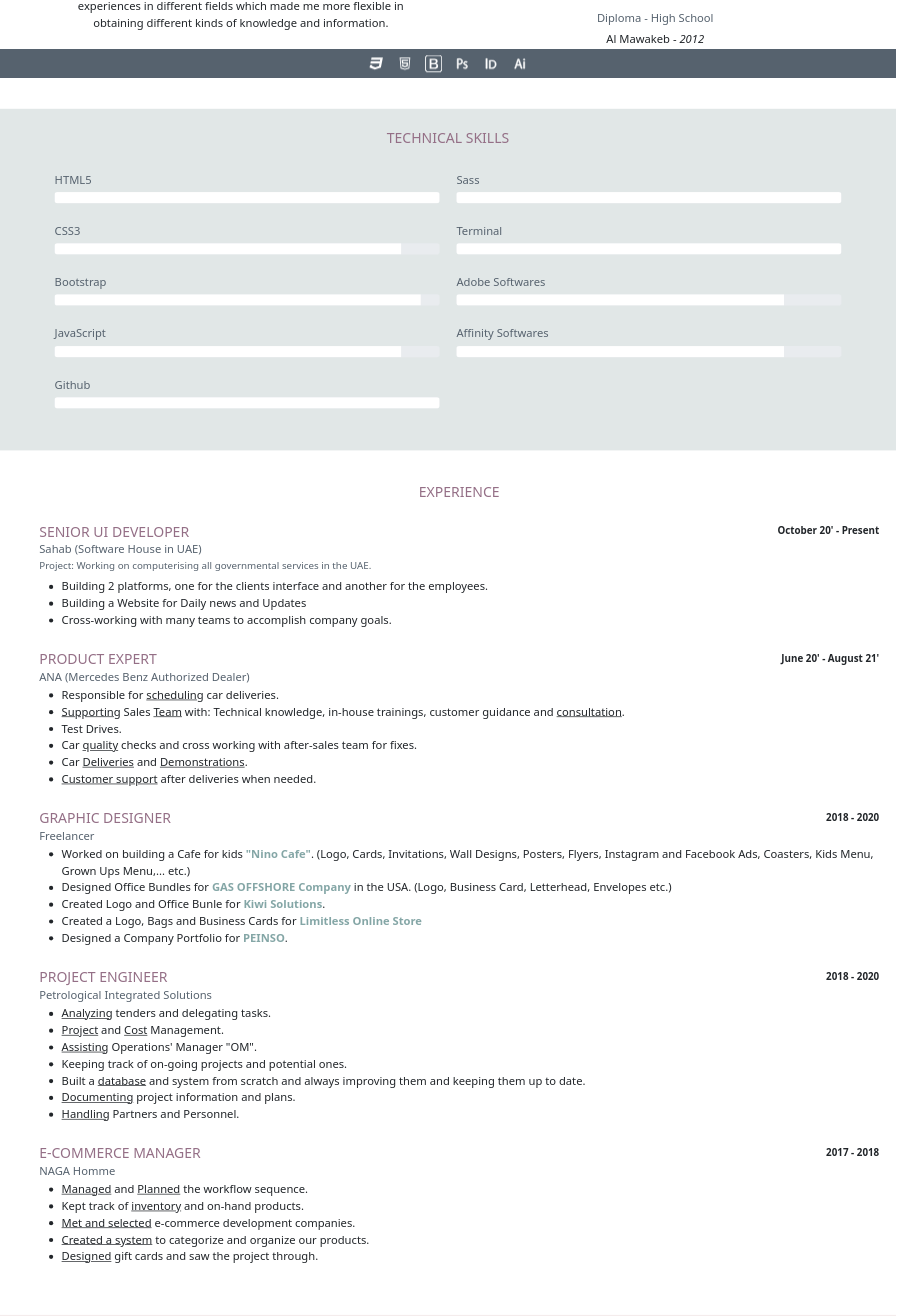
Repository: aya7abbal/my-old-portfolio
Page: resume.html
The author's editor kept a copy of each file at every save. The page is drawn from the files as they stood at one save, then again after the next save.
The browser window is 1280 px wide. The page is 1296 px wide, so the pictures cover 1296 px, including what lies to the right of the window. The pictures show the part of the page from y = 609 to 2489 px (the page is 2900 px tall before and 2974 px after), at 70% of full size.
Some web fonts or font styles are not loaded; a fallback is used. Some web libraries are served in a nearby version. The style sheet was rebuilt from its Sass, Less or Tailwind sources for each picture, by a compiler version that may differ from the author's.

Above is the page before, as saved 2021-12-08 21:31:51.

After the next save:
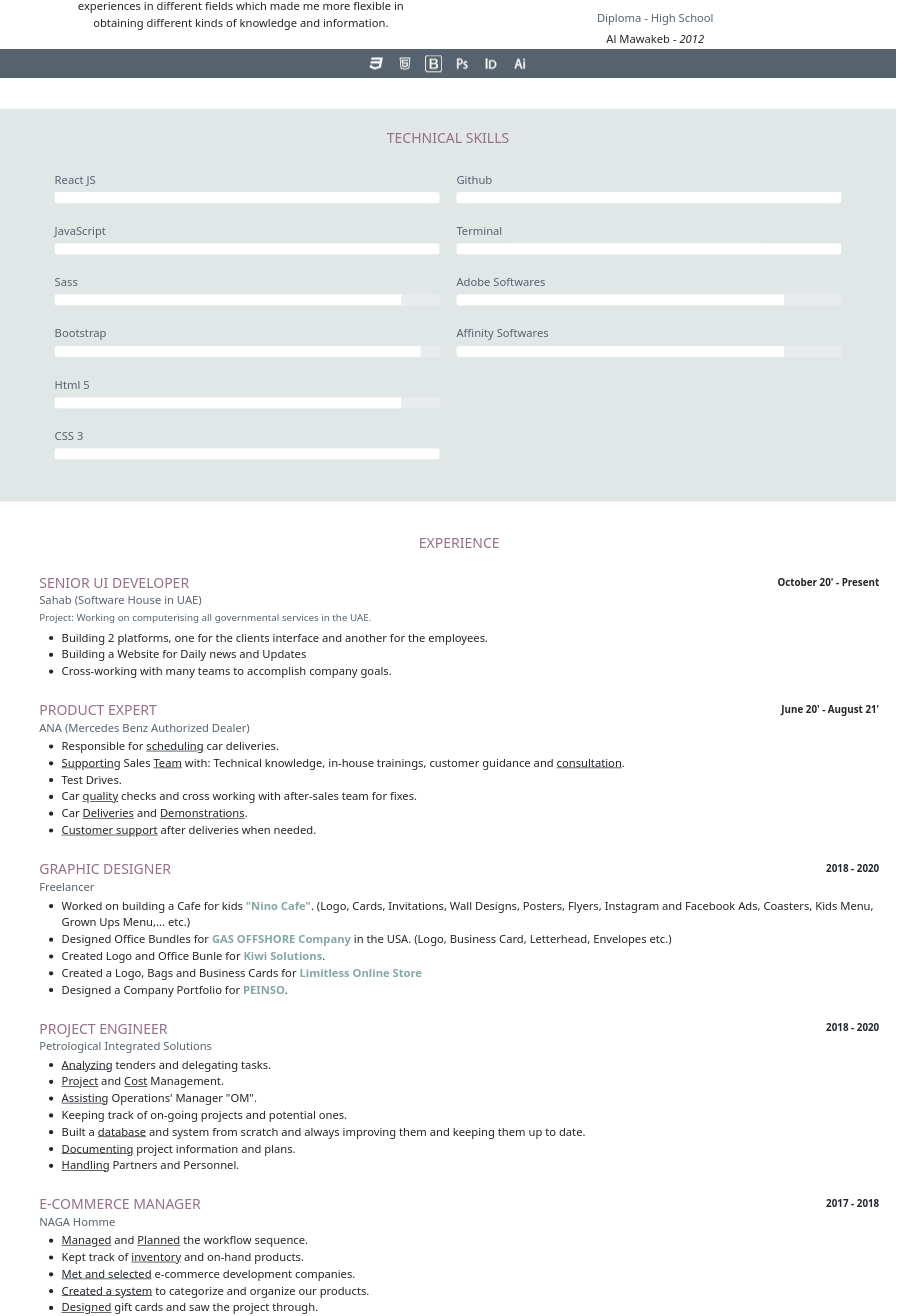
Saved 211 days later.
--- a/resume.html
+++ b/resume.html
@@ -244,17 +244,24 @@
         <div class="row px-md-5">
             <div class="col">
                 <div class="skill">
-                    <h6 class="skill-title"> HTML5</h6>
+                    <h6 class="skill-title"> React JS</h6>
                     <div class="progress">
                         <div class="progress-bar bg-teal text-pink" role="progressbar" style="width: 100%"
                             aria-valuenow="90" aria-valuemin="0" aria-valuemax="100"></div>
                     </div>
                 </div>
-
-
-
-                <div class="skill">
-                    <h6 class="skill-title"> CSS3</h6>
+                <div class="skill">
+                    <h6 class="skill-title"> JavaScript</h6>
+                    <div class="progress">
+                        <div class="progress-bar bg-teal text-pink" role="progressbar" style="width: 100%"
+                            aria-valuenow="90" aria-valuemin="0" aria-valuemax="100"></div>
+                    </div>
+                </div>
+
+
+
+                <div class="skill">
+                    <h6 class="skill-title"> Sass</h6>
                     <div class="progress">
                         <div class="progress-bar bg-teal text-pink" role="progressbar" style="width: 90%"
                             aria-valuenow="100" aria-valuemin="0" aria-valuemax="100"></div>
@@ -269,25 +276,25 @@
                     </div>
                 </div>
                 <div class="skill">
-                    <h6 class="skill-title"> JavaScript</h6>
+                    <h6 class="skill-title"> Html 5</h6>
                     <div class="progress">
                         <div class="progress-bar bg-teal text-pink" role="progressbar" style="width: 90%"
                             aria-valuenow="80" aria-valuemin="0" aria-valuemax="100"></div>
                     </div>
                 </div>
                 <div class="skill">
+                    <h6 class="skill-title"> CSS 3</h6>
+                    <div class="progress">
+                        <div class="progress-bar bg-teal text-pink" role="progressbar" style="width: 100%"
+                            aria-valuenow="80" aria-valuemin="0" aria-valuemax="100"></div>
+                    </div>
+                </div>
+
+            </div>
+
+            <div class="col">
+                <div class="skill">
                     <h6 class="skill-title"> Github</h6>
-                    <div class="progress">
-                        <div class="progress-bar bg-teal text-pink" role="progressbar" style="width: 100%"
-                            aria-valuenow="80" aria-valuemin="0" aria-valuemax="100"></div>
-                    </div>
-                </div>
-
-            </div>
-
-            <div class="col">
-                <div class="skill">
-                    <h6 class="skill-title"> Sass</h6>
                     <div class="progress">
                         <div class="progress-bar bg-teal text-pink" role="progressbar" style="width: 100%"
                             aria-valuenow="100" aria-valuemin="0" aria-valuemax="100"></div>
